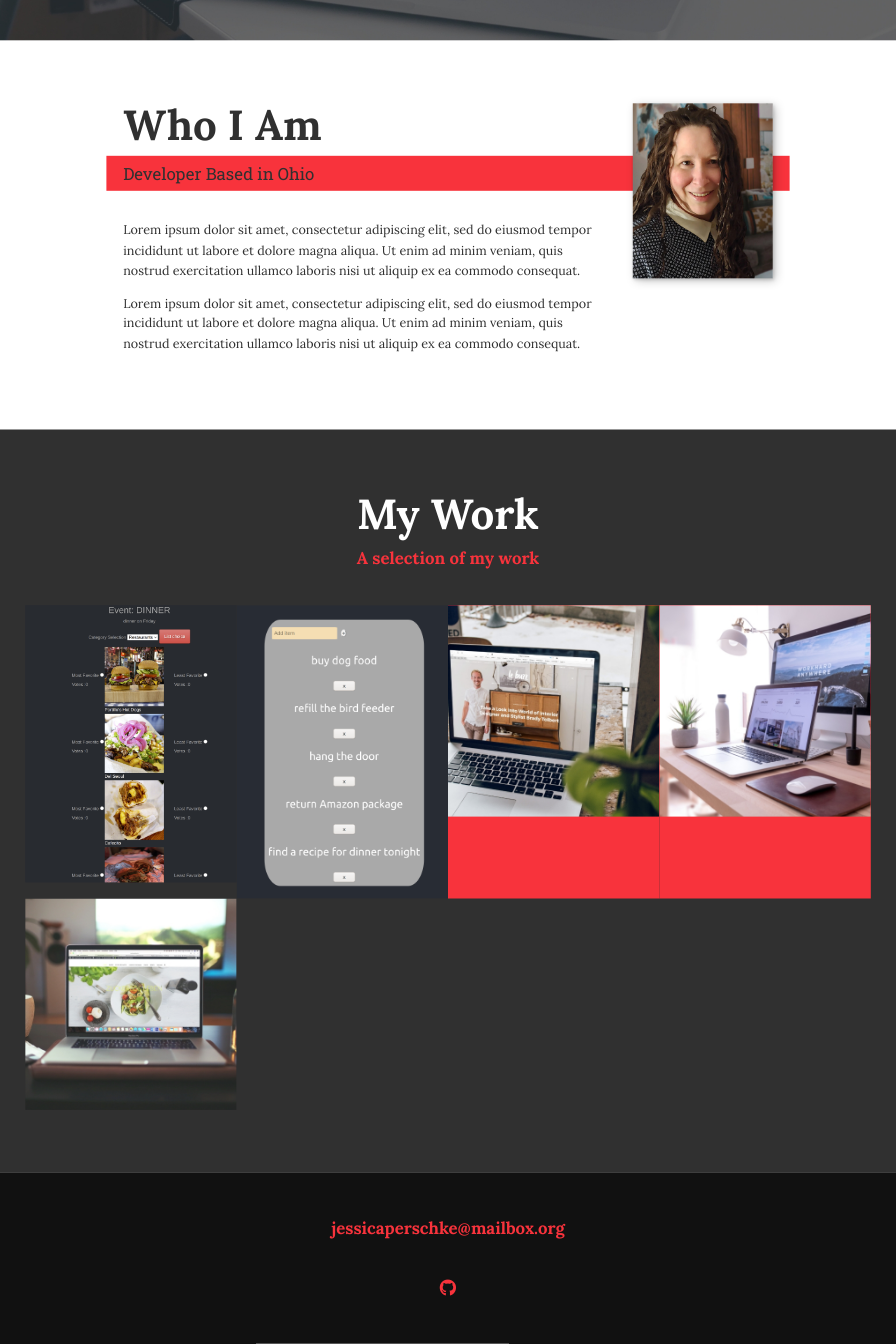
Repository: DinoDime/site
Page: index.html
The author's editor kept a copy of each file at every save. The page is drawn from the files as they stood at one save, then again after the next save.
The browser window is 1280 px wide. The pictures show the part of the page from y = 1111 to 3031 px (the page is 3031 px tall before and 3009 px after), at 70% of full size.
Some web libraries are served in a nearby version.

Above is the page before, as saved 2021-05-03 06:27:39.

After the next save:
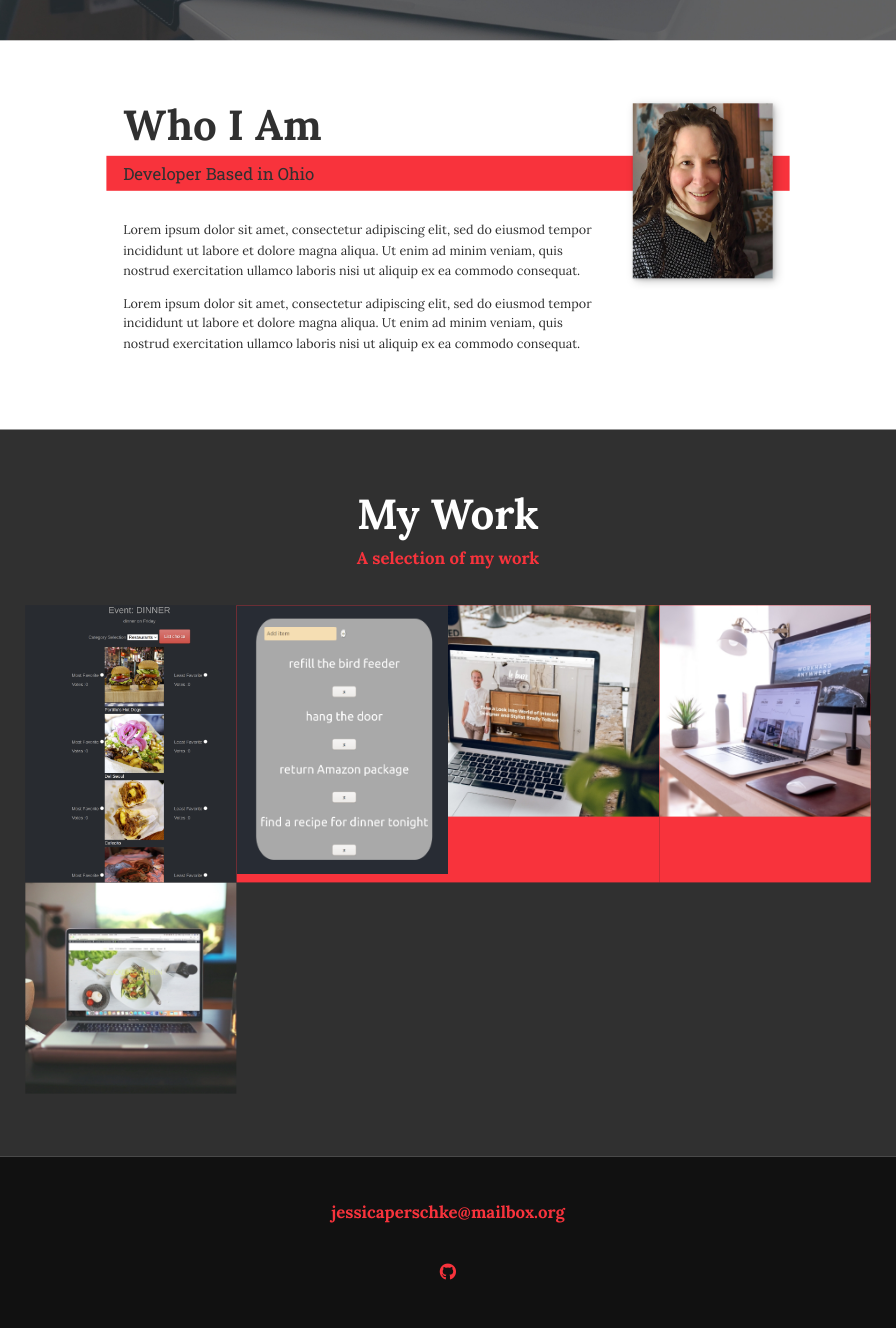
Saved 52 s later.
--- a/index.html
+++ b/index.html
@@ -142,7 +142,7 @@
 
         <!-- Portfolio item 02 -->
         <a href="portfolio-item2.html" class="portfolio__item">
-          <img src="img/todo.png" alt="" class="portfolio__img" />
+          <img src="img/todo2.png" alt="" class="portfolio__img" />
         </a>
 
         <!-- Portfolio item 03 -->
